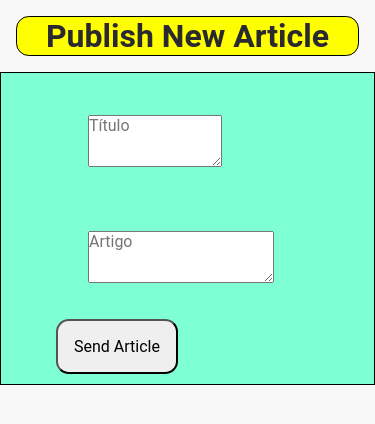
Repository: batmit/publish_articles
Page: /publish
The author's editor kept a copy of each file at every save. The page is drawn from the files as they stood at one save, then again after a run of saves.
The browser window is 375 px wide. The pictures show the whole page.
The project was rebuilt for these pictures with package versions that can differ from the ones it lists, and the page was loaded fresh each time. Also part of the build but not shown: src/pages/articles.tsx, src/pages/article.tsx, src/pages/Home.tsx.

Above is the page before, as saved 2021-06-29 18:46:10.

### public/index.html
<!DOCTYPE html>
<html lang="en">
  <head>
    <meta charset="utf-8" />
    <meta name="viewport" content="width=device-width, initial-scale=1" />
    <meta name="theme-color" content="#000000" />
    <meta
      name="description"
      content="Web site created using create-react-app"
    />
    <title>publish_articles</title>
  </head>
  <body>
    <noscript>You need to enable JavaScript to run this app.</noscript>
    <div id="root"></div>
    <!--
      This HTML file is a template.
      If you open it directly in the browser, you will see an empty page.

      You can add webfonts, meta tags, or analytics to this file.
      The build step will place the bundled scripts into the <body> tag.

      To begin the development, run `npm start` or `yarn start`.
      To create a production bundle, use `npm run build` or `yarn build`.
    -->
  </body>
</html>

### src/App.tsx
import React from 'react';
import { BrowserRouter, Route } from 'react-router-dom';
import { Articles } from './pages/articles';

import {Article} from './pages/article'

import {Home} from './pages/Home';
import { Publish_Articles } from './pages/publish_articles';

import './styles/global.scss';



function App() {
  return (

    <BrowserRouter>

      <Route path='/' exact component={Home} />

      <Route path='/articles' exact component={Articles} />

      <Route path='/articles/:id' component={Article} />

      <Route path='/publish' exact component={Publish_Articles} />



    </BrowserRouter>

  );
}

export default App;

### src/pages/publish_articles.tsx
import { FormEvent, useState } from "react";
import { useHistory } from "react-router-dom";
import { database } from "../services/firebase";

export function Publish_Articles() {

    const [title, setNewTitle] = useState('');

    const [article, setNewArticle] = useState('');

    const history = useHistory();

    async function handleSendArticle(event: FormEvent) {

        event.preventDefault();

        await database.ref(`articles/${title}`).push(article);

        setNewArticle('');

        setNewTitle('');

        history.push(`articles/${title}`)

    };

    return (
        <>
            <header>
                <h1>Publish New Article</h1>
            </header>

            <main>
                <form onSubmit={handleSendArticle}>
                        <textarea
                            className="title"
                            placeholder="Título"
                            onChange={event => setNewTitle(event.target.value)}
                            value={title}
                        />


                        <textarea
                            placeholder="Artigo"
                            onChange={event => setNewArticle(event.target.value)}
                            value={article}
                        />

                        <div className="form-footer">
                            <button type='submit'>Send Article</button>
                        </div>

                </form>
            </main>
        </>
    );
}

### src/styles/global.scss
* {
    margin: 0;
    padding: 0;
    box-sizing: boder-box;
}

body{
    background: #f8f8f8;
    color: #29292e;
}

body, input, button, textarea {
    font: 400 16px 'Roboto', sans-serif ; // se não rodar o Roboto pega o sans-serif
}

header {
    text-align: center;
    justify-content: center;
    align-items: center;
    background: yellow;
    border: 1px solid black;
    border-radius: 0.8rem;
    margin: 1rem;
}

main {
    align-items: center;
    justify-content: center;
    display: flex;
    gap: 10px;
    background: aquamarine;
    border: 1px solid black;
    padding: 10px;


}

button {
    padding: 1rem;
    border-radius: 0.8rem;
    gap: 10px;
    transition: 0.2s;
}

button:hover {
    background-color: white;

}

form {
    .title {
        display: block;
        width: 500px;
        height: 50px;
        margin: 2rem;
    }

    textarea{
        width: 500px;
        height: 200px;
        margin: 2rem;
    }
}

@media (max-width: 600px) {
    form {
        align-items: center;

        textarea{
            width: 70%;
            height: 50px;
        }

        .title {
            width: 50%;
            height: 50px;
        }
    }

}

### src/services/firebase.ts
import firebase from 'firebase/app'; // tem que baixar primeira yarn add firebase

import 'firebase/auth';
import 'firebase/database';

const firebaseConfig = {
    apiKey: "AIzaSyAnqsPR26s-jH9kgIT35JRFnFNwjQIPuWg",
    authDomain: "publish-articles-5a753.firebaseapp.com",
    databaseURL: "https://publish-articles-5a753-default-rtdb.firebaseio.com",
    projectId: "publish-articles-5a753",
    storageBucket: "publish-articles-5a753.appspot.com",
    messagingSenderId: "1038663375307",
    appId: "1:1038663375307:web:9e3542b0440fa2c5873e4e"
};

firebase.initializeApp(firebaseConfig); //inicio

const auth = firebase.auth(); // vou exportar
const database = firebase.database()

export { firebase, auth, database }

Loaded but not shown: src/index.tsx (common file)

After the next 2 saves:
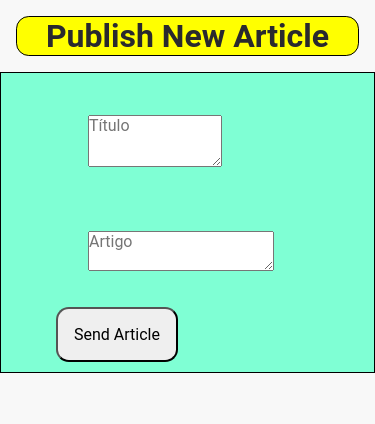
The 2 saves are shown as one change because they came seconds apart.
The last was saved 14 s later.
--- a/src/styles/global.scss
+++ b/src/styles/global.scss
@@ -68,7 +68,7 @@ form {
 
         textarea{
             width: 70%;
-            height: 50px;
+            height: 100%;
         }
 
         .title {
